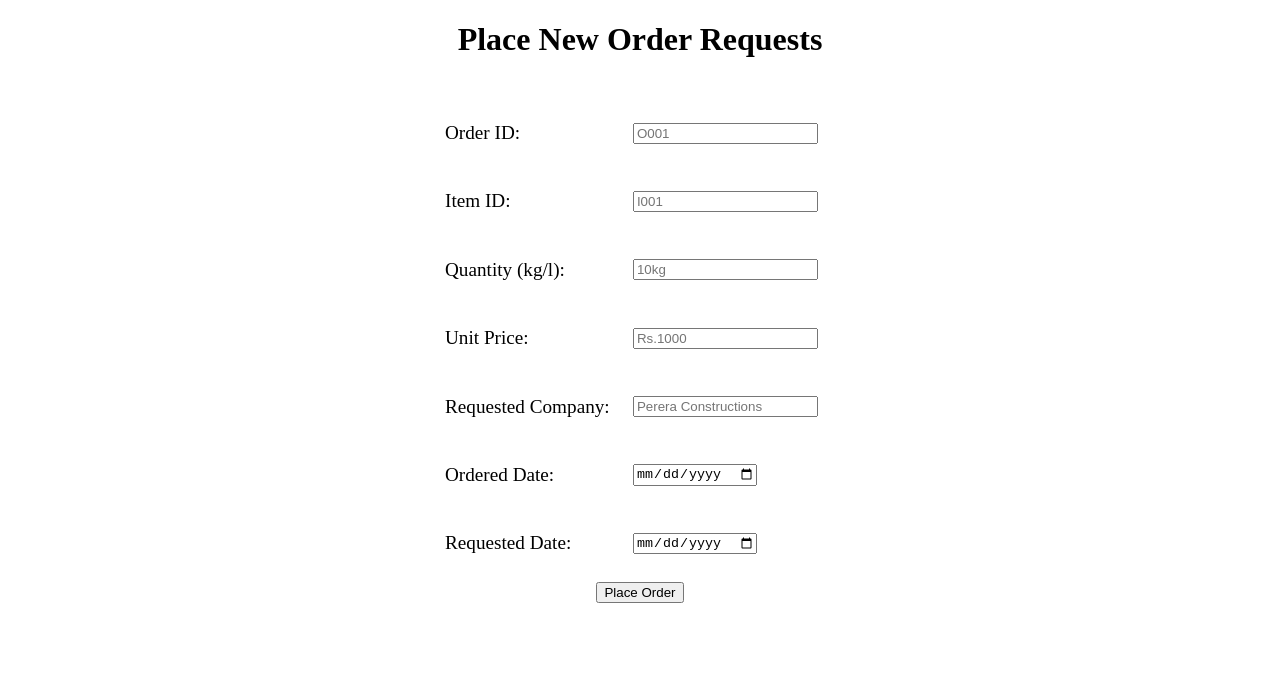
Repository: nirmaniPathiranage/CSSE-Procurement-Management
Page: http://localhost/Item_Management/PlaceOrder.jsp
An editor plug-in stored every save of this project. The page is shown before and after the next save, followed by the edit.
The browser window is 1280 px wide. The pictures show the whole page.
The page is served by Tomcat 9. Other server files are loaded and not shown.

Above is the page before, as saved 2019-09-28 12:41:20.

### Item_Management/WebContent/PlaceOrder.jsp
<%@ page language="java" contentType="text/html; charset=ISO-8859-1"
    pageEncoding="ISO-8859-1"%>
<!DOCTYPE html>
<html>
<head>
<meta charset="ISO-8859-1">
<title>Place an Order</title>
<script>
	function validate() {
		var orderid = document.form.orderid.value;
		var itemid = document.form.itemid.value;
		var quantity = document.form.quantity.value;
		var unitprice = document.form.unitprice.value;
		var requestedby = document.form.requestedby.value;
		var orderdate = document.form.orderdate.value;
		var requesteddate = document.form.requesteddate.value;
		var total = parseDouble(unitprice) * parseDouble(quantity);

		if (orderid == null || orderid == "") {
			alert("Order ID can't be blank");
			return false;
		} else if (itemid == null || itemid == "") {
			alert("Item ID can't be blank");
			return false;
		}else if (quantity == null || quantity == "") {
			alert("Quantity can't be blank");
			return false;
		} else if (unitprice == null || unitprice == "") {
			alert("Unit Price can't be blank");
			return false;
		} else if (requestedby == null || requestedby == "") {
			alert("Requested Company can't be blank");
			return false;
		} else if (orderdate == null || orderdate == "") {
			alert("Ordered Date can't be blank");
			return false;
		} else if (requesteddate == null || requesteddate == "") {
			alert("Requested Date can't be blank");
			return false;
		} else if (total > 100000.0) {
			alert("Cant be greater");
			return false;
		}
	}
</script>
</head>
<body>
<div style="width:800px; margin:0 auto;" >

<center>
		<h1>Place New Order Requests</h1>
	</center>

	<form name="form" method="post" onSubmit="return validate();">

	<center>
			<table cellpadding="3" style="width: 50%">

				<tr height="40">
					<td><p style="font-size: larger">Order ID:</td>
					<td><input type="text" name="orderid" placeholder="O001" autocomplete="off"/></td>
				</tr>
				<tr height="40">
					<td><p style="font-size: larger">Item ID:</td>
					<td><input type="text" name="itemid"
						placeholder="I001" autocomplete="off" required /></td>
				</tr>
				<tr height="40">
					<td><p style="font-size: larger">Quantity (kg/l):</td>
					<td><input type="text" name="quantity" placeholder="10kg" autocomplete="off"/></td>
				</tr>
				<tr height="40">
					<td><p style="font-size: larger">Unit Price:</td>
					<td><input type="text" name="unitprice"
						placeholder="Rs.1000" autocomplete="off"/></td>
				</tr>
				<tr height="40">
					<td><p style="font-size: larger">Requested Company:</td>
					<td><input type="text" name="requestedby"
						placeholder="Perera Constructions" autocomplete="off"/></td>
				</tr>
				<tr height="40">
					<td><p style="font-size: larger">
							Ordered Date:</td>
					<td><input type="date" name="orderdate"
						placeholder="2019-09-30" autocomplete="off"/></td>
				</tr>
				<tr height="40">
					<td><p style="font-size: larger">
							Requested Date:</td>
					<td><input type="date" name="requesteddate"
						placeholder="2019-09-30" autocomplete="off"/></td>
				</tr>
				<br>
				<table align="center">
					<tr>
						<td colspan="2"><input type="submit" value="Place Order" /></td>
					</tr>
				</table>
			</table>

		</center>
	</form>
	</div>
	<br />
	<br><br><br>
</body>
</html>

After the next save:
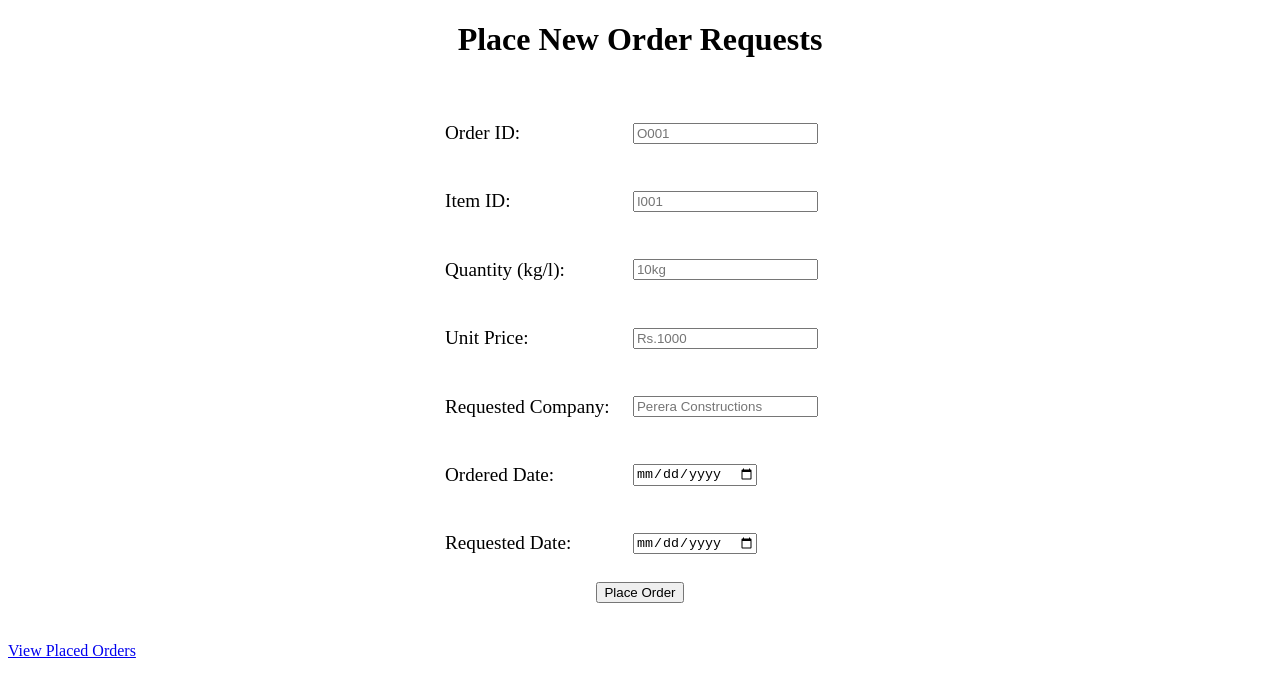
Saved 2 min 24 s later.
--- a/Item_Management/WebContent/PlaceOrder.jsp
+++ b/Item_Management/WebContent/PlaceOrder.jsp
@@ -51,14 +51,14 @@
 		<h1>Place New Order Requests</h1>
 	</center>
 
-	<form name="form" method="post" onSubmit="return validate();">
+	<form name="form" action="AddOrderServlet" method="post" onSubmit="return validate();">
 
 	<center>
 			<table cellpadding="3" style="width: 50%">
 
 				<tr height="40">
 					<td><p style="font-size: larger">Order ID:</td>
-					<td><input type="text" name="orderid" placeholder="O001" autocomplete="off"/></td>
+					<td><input type="text" name="orderid" placeholder="O001" autocomplete="off" required/></td>
 				</tr>
 				<tr height="40">
 					<td><p style="font-size: larger">Item ID:</td>
@@ -67,29 +67,29 @@
 				</tr>
 				<tr height="40">
 					<td><p style="font-size: larger">Quantity (kg/l):</td>
-					<td><input type="text" name="quantity" placeholder="10kg" autocomplete="off"/></td>
+					<td><input type="text" name="quantity" placeholder="10kg" autocomplete="off" required/></td>
 				</tr>
 				<tr height="40">
 					<td><p style="font-size: larger">Unit Price:</td>
 					<td><input type="text" name="unitprice"
-						placeholder="Rs.1000" autocomplete="off"/></td>
+						placeholder="Rs.1000" autocomplete="off" required/></td>
 				</tr>
 				<tr height="40">
 					<td><p style="font-size: larger">Requested Company:</td>
 					<td><input type="text" name="requestedby"
-						placeholder="Perera Constructions" autocomplete="off"/></td>
+						placeholder="Perera Constructions" autocomplete="off" required/></td>
 				</tr>
 				<tr height="40">
 					<td><p style="font-size: larger">
 							Ordered Date:</td>
 					<td><input type="date" name="orderdate"
-						placeholder="2019-09-30" autocomplete="off"/></td>
+						placeholder="2019-09-30" autocomplete="off" required/></td>
 				</tr>
 				<tr height="40">
 					<td><p style="font-size: larger">
 							Requested Date:</td>
 					<td><input type="date" name="requesteddate"
-						placeholder="2019-09-30" autocomplete="off"/></td>
+						placeholder="2019-09-30" autocomplete="off" required/></td>
 				</tr>
 				<br>
 				<table align="center">
@@ -103,6 +103,7 @@
 	</form>
 	</div>
 	<br />
+		<a href="ListOrderServlet">View Placed Orders</a>
 	<br><br><br>
 </body>
 </html>
